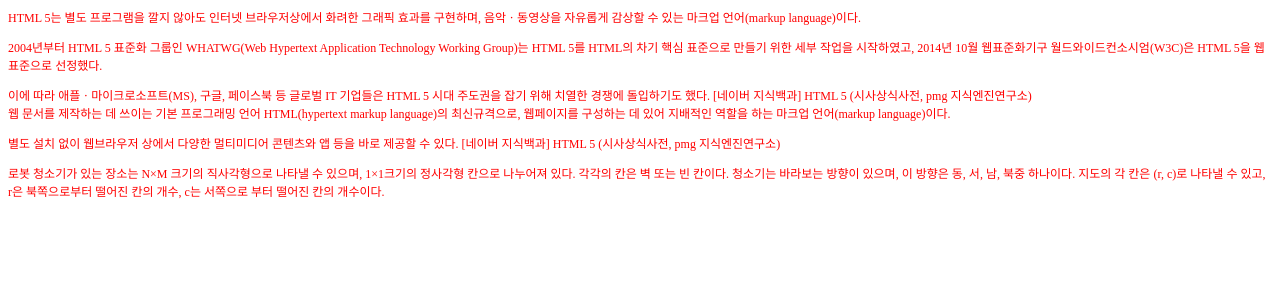
Repository: snowcuphea/webwork_class
Page: clientweb/WebContent/css/css_basic_test01.html
An editor plug-in stored every save of this project. The page is shown before and after the next save, followed by the edit.
The browser window is 1280 px wide. The pictures show the whole page.

Above is the page before, as saved 2020-01-03 00:43:29.

After the next save:
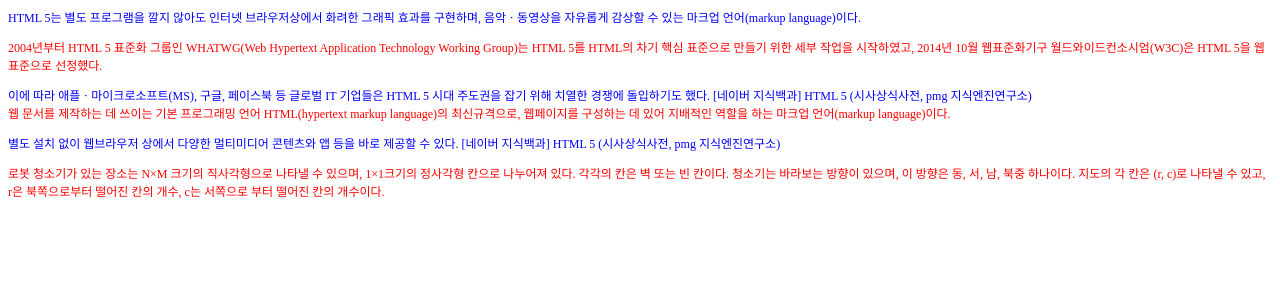
Saved 2 min 4 s later.
--- a/clientweb/WebContent/css/css_basic_test01.html
+++ b/clientweb/WebContent/css/css_basic_test01.html
@@ -13,8 +13,14 @@
 		color : red;
 		font-size : 9pt;
 		font-family : 굴림체;
+	}
 
-	}
+	.myclass{
+		color : blue;
+		font-size : 9pt;
+		font-family : 굴림체;
+
+		 }
 
 	</style>
 </head>
